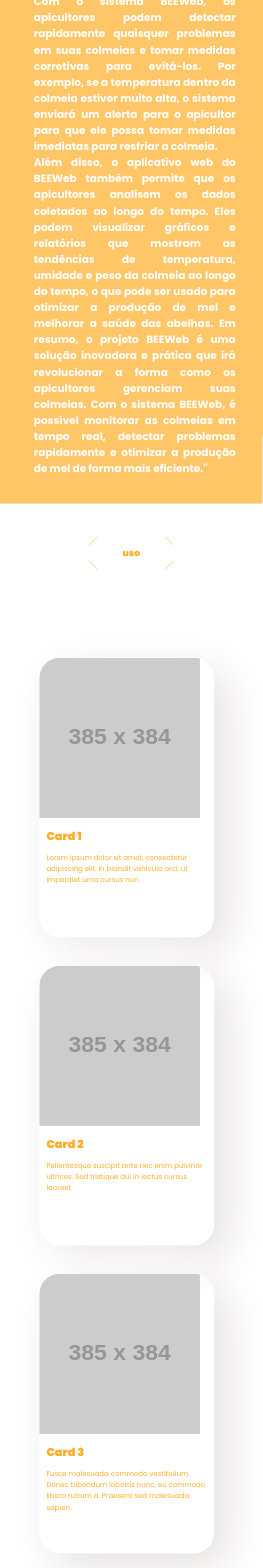
Repository: CCG-web/beeweb
Page: /
An editor plug-in stored every save of this project. The page is shown before and after the next save, followed by the edit.
The browser window is 375 px wide. The pictures show the part of the page from y = 1918 to 4158 px (the page is 4158 px tall before and 3638 px after), at 70% of full size.
The project was rebuilt for these pictures with package versions that can differ from the ones it lists, and the page was loaded fresh each time.

Above is the page before, as saved 2023-05-05 12:52:49.

After the next save:
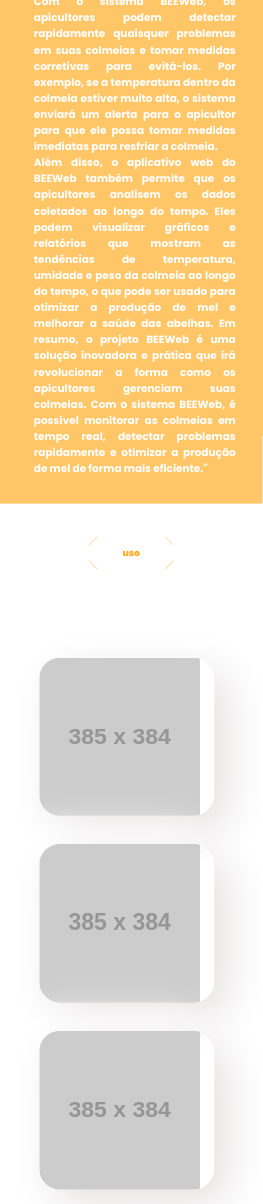
Saved 2 min 23 s later.
--- a/src/App.css
+++ b/src/App.css
@@ -19,8 +19,8 @@
 
 @media screen and (max-width: 567px) {
     .cardContainer {
-        display: block;
-        justify-content: center;
+        display: flex;
+        flex-direction: column;
         margin-left: auto;
         padding: auto;
     }
